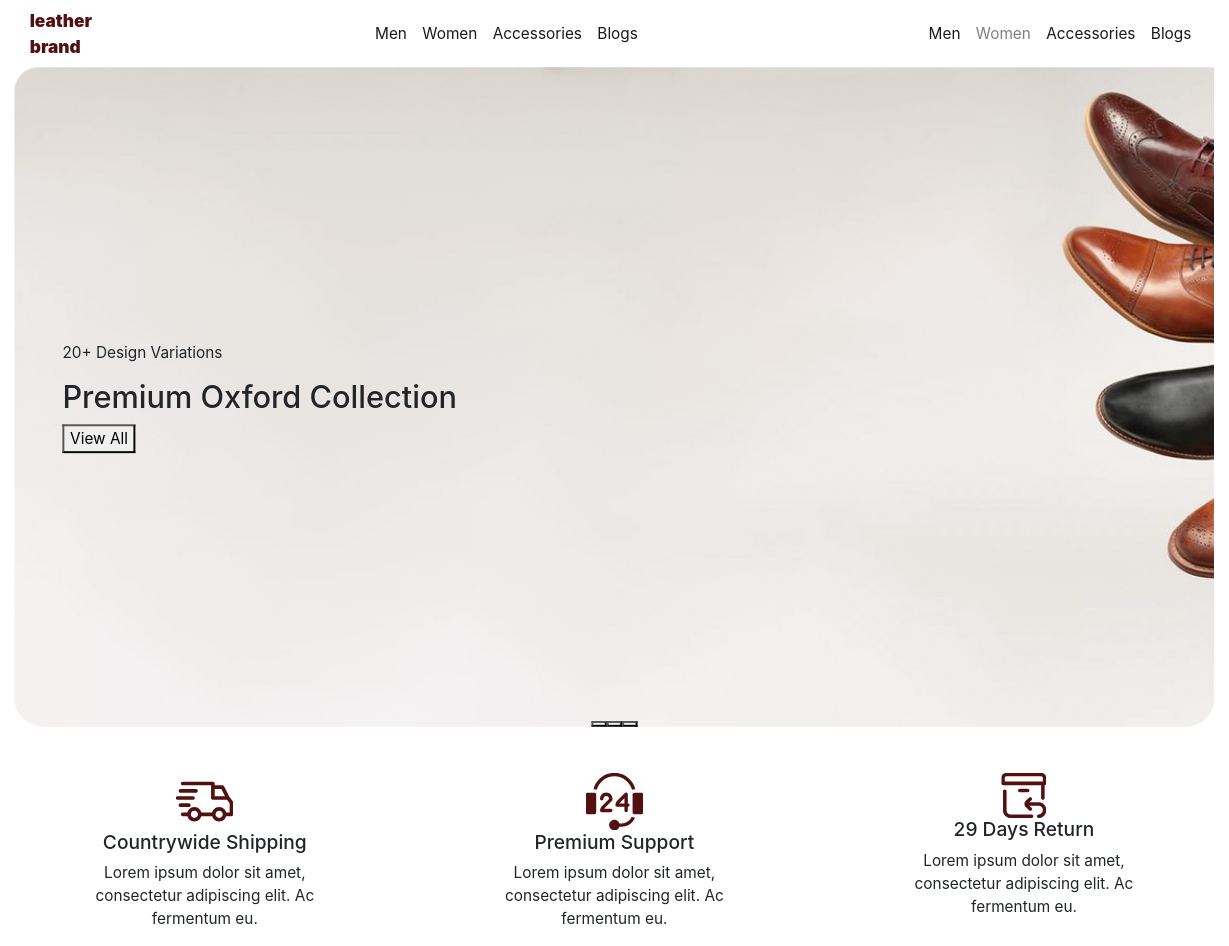
Repository: arif286/fashion-house
Page: /
The author's editor kept a copy of each file at every save. The page is drawn from the files as they stood at one save, then again after the next save.
The browser window is 1280 px wide. The pictures show the whole page, at 96% of full size.
The project was rebuilt for these pictures with package versions that can differ from the ones it lists, and the page was loaded fresh each time. The framework's server and built-in components were replaced by stand-ins that run in the browser. Also part of the build but not shown: nuxt.config.js, components/Contact.vue, components/DisplayCollection.vue, components/Footer.vue, components/NewCollection.vue, components/NuxtLogo.vue, components/Products.vue, components/Tutorial.vue.

Above is the page before, as saved 2021-07-11 22:21:54.

### components/Nav.vue
<template>
  <nav class="navbar container navbar-expand-lg navbar-light">
    <div class="container-fluid">
      <div class="nav-title">
        <span>leather</span>
        <br />
        <span>brand</span>
      </div>
      <button
        class="navbar-toggler"
        type="button"
        data-bs-toggle="collapse"
        data-bs-target="#navbarSupportedContent"
        aria-controls="navbarSupportedContent"
        aria-expanded="false"
        aria-label="Toggle navigation"
      >
        <span class="navbar-toggler-icon"></span>
      </button>
      <div id="navbarSupportedContent" class="collapse navbar-collapse">
        <div class="d-flex justify-content-center w-100">
          <ul class="navbar-nav mb-2 mb-lg-0">
            <li class="nav-item">
              <a class="nav-link active" aria-current="page" href="#">Men</a>
            </li>
            <li class="nav-item">
              <a class="nav-link active" href="#">Women</a>
            </li>
            <li class="nav-item">
              <a class="nav-link active" href="#"> Accessories </a>
            </li>
            <li class="nav-item">
              <a class="nav-link active" href="#">Blogs</a>
            </li>
          </ul>
        </div>
        <div class="ml-auto">
          <ul class="navbar-nav mb-2 mb-lg-0">
            <li class="nav-item">
              <a class="nav-link active" aria-current="page" href="#">Men</a>
            </li>
            <li class="nav-item">
              <a class="nav-link" href="#">Women</a>
            </li>
            <li class="nav-item">
              <a class="nav-link active" href="#"> Accessories </a>
            </li>
            <li class="nav-item">
              <a class="nav-link active" href="#">Blogs</a>
            </li>
          </ul>
        </div>
      </div>
    </div>
  </nav>
</template>

<script></script>
<style scoped>
.nav-title {
  color: #521010;
  font-weight: 900;
  font-size: 18px;
}
.nav-title:hover {
  color: #521010;
  font-weight: bold;
}
.nav-item a {
  color: #000;
}
</style>

### components/Service.vue
<template>
  <div class="container">
    <div class="row">
      <div
        v-for="service in services"
        :key="service.id"
        class="col-md-4 col-12"
      >
        <div class="d-flex justify-content-center">
          <div class="service-box text-center">
            <img :src="require(`@/assets/Images/${service.image}`)" alt="" />
            <h5>{{ service.title }}</h5>
            <p>{{ service.text }}</p>
          </div>
        </div>
      </div>
    </div>
  </div>
</template>

<script>
export default {
  props: {
    services: { type: Array, required: true },
  },
}
</script>
<style>
.service-box {
  width: 250px;
}
</style>

### components/Slider.vue
<template>
  <div class="container mb-5">
    <div
      id="carouselExampleIndicators"
      class="carousel slide"
      data-bs-ride="carousel"
    >
      <div class="carousel-indicators">
        <button
          type="button"
          data-bs-target="#carouselExampleIndicators"
          data-bs-slide-to="0"
          class="active"
          aria-current="true"
          aria-label="Slide 1"
        ></button>
        <button
          type="button"
          data-bs-target="#carouselExampleIndicators"
          data-bs-slide-to="1"
          aria-label="Slide 2"
        ></button>
        <button
          type="button"
          data-bs-target="#carouselExampleIndicators"
          data-bs-slide-to="2"
          aria-label="Slide 3"
        ></button>
      </div>
      <div class="carousel-inner">
        <div class="carousel-item active d-flex align-items-center">
          <div class="slider-content">
            <p>20+ Design Variations</p>
            <h2>Premium Oxford Collection</h2>
            <button>View All</button>
          </div>
        </div>
        <div class="carousel-item">
          <div class="slider-content">
            <p>20+ Design Variations</p>
            <h2>Premium Oxford Collection</h2>
            <button>View All</button>
          </div>
        </div>
      </div>
    </div>
  </div>
</template>

<script></script>
<style>
.carousel-item {
  background-image: url('@/assets/Images/hero1.png');
  background-repeat: no-repeat;
  width: 100%;
  background-size: cover;
  height: 687px;
  border-bottom-left-radius: 30px;
  border-bottom-right-radius: 30px;
}
.slider-content {
  margin-left: 50px;
}
</style>

### pages/index.vue
<template>
  <div>
    <Nav />
    <Slider />
    <Service :services="serviceData" />
  </div>
</template>

<script>
import { serviceData } from '@/assets/data.js'
export default {
  data() {
    return {
      serviceData,
    }
  },
}
</script>
<style>
@import url('https://fonts.googleapis.com/css2?family=Roboto:ital,wght@0,100;0,300;0,400;0,500;0,700;0,900;1,100;1,300;1,400;1,500;1,700;1,900&display=swap');

.body {
  font-family: 'Roboto', sans-serif;
}
.container {
  max-width: 1780px;
}
</style>

### assets/data.js
export const serviceData = [
  {
    id: 1,
    image: 'delivery.svg',
    title: 'Countrywide Shipping',
    text: 'Lorem ipsum dolor sit amet, consectetur adipiscing elit. Ac fermentum eu.',
  },
  {
    id: 2,
    image: 'call-center.svg',
    title: 'Premium Support',
    text: 'Lorem ipsum dolor sit amet, consectetur adipiscing elit. Ac fermentum eu.',
  },
  {
    id: 3,
    image: 'return.svg',
    title: '29 Days Return',
    text: 'Lorem ipsum dolor sit amet, consectetur adipiscing elit. Ac fermentum eu.'
  }
]

After the next save:
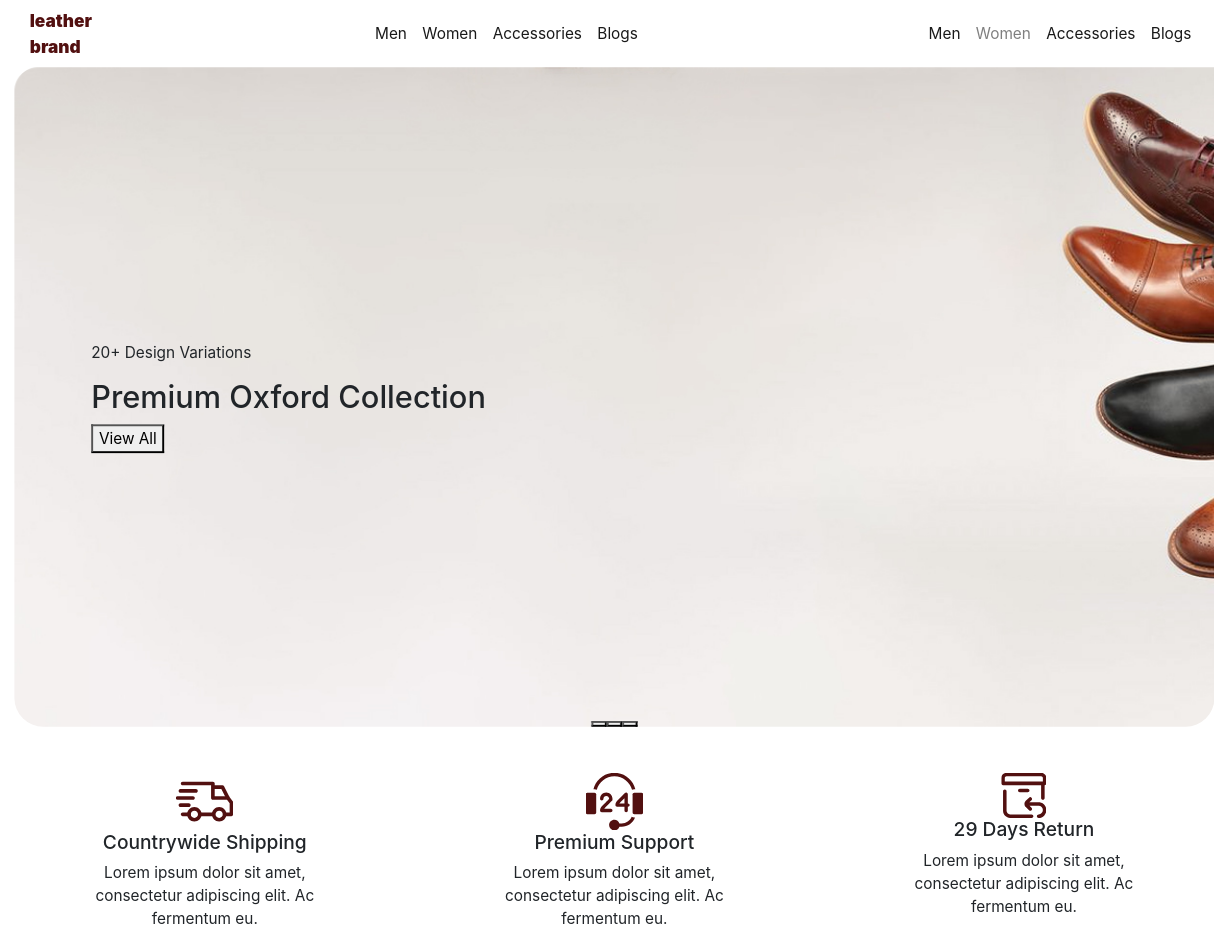
Saved 5 s later.
--- a/components/Slider.vue
+++ b/components/Slider.vue
@@ -59,6 +59,6 @@
   border-bottom-right-radius: 30px;
 }
 .slider-content {
-  margin-left: 50px;
+  margin-left: 80px;
 }
 </style>
